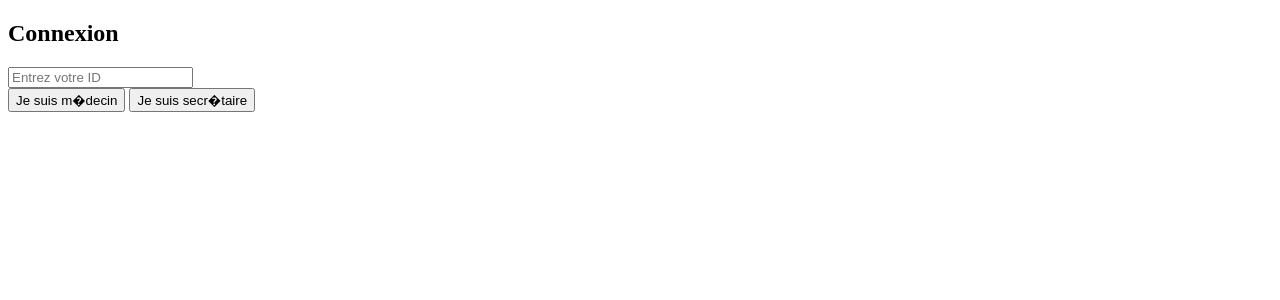
Repository: Caleb-St/CabinetMedical
Page: http://localhost/main.php
The author's editor kept a copy of each file at every save. The page is drawn from the files as they stood at one save, then again after the next save.
The browser window is 1280 px wide. The pictures show the whole page.
The page is run by PHP 8.4 with error messages shown; the project is at /var/www/html/.

Above is the page before, as saved 2016-04-07 22:14:39.

After the next save:
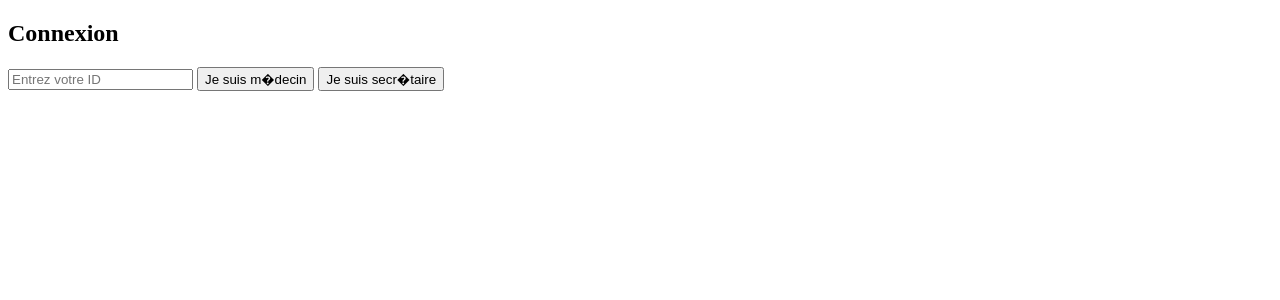
Saved 8 min 3 s later.
--- a/dbphp/main.php
+++ b/dbphp/main.php
@@ -9,7 +9,7 @@
 
 <h2>Connexion</h2>
 <form method="post" action="/CabinetMedical/dbphp/connectDB.php">
-	<input type="text" placeholder="Entrez votre ID"><br>
+	<input type="text" placeholder="Entrez votre ID">
 	<input type="submit" value="Je suis médecin">
 	<input type="submit" value="Je suis secrétaire">
 </form>
